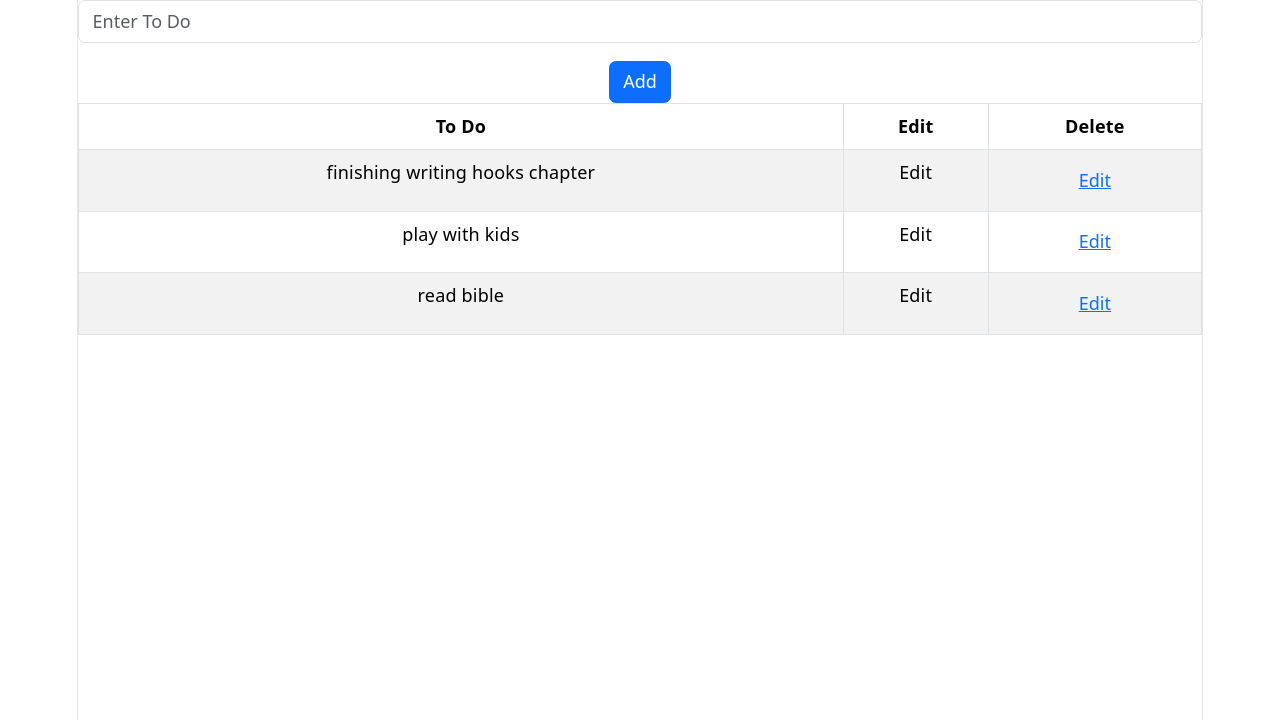
Repository: Sydwell1/ReactCourse
Page: / (app in Chapter9/react-hooks-chapter9-start/)
An editor plug-in stored every save of this project. The page is shown before and after the next save, followed by the edit.
The browser window is 1280 px wide. The pictures show the whole page.
The project was rebuilt for these pictures with package versions that can differ from the ones it lists, and the page was loaded fresh each time. Requests to the local data server were answered from the project's data file. Also part of the build but not shown: Chapter9/react-hooks-chapter9-start/vite.config.js.

Above is the page before, as saved 2026-11-25 09:30:12.

### Chapter9/react-hooks-chapter9-start/index.html
<!doctype html>
<html lang="en">
  <head>
    <meta charset="UTF-8" />
    <link rel="icon" type="image/svg+xml" href="/favicon.svg" />
    <meta name="viewport" content="width=device-width, initial-scale=1.0" />
    <title>react-hooks-chapter9-start</title>
  </head>
  <body>
    <div id="root"></div>
    <script type="module" src="/src/main.jsx"></script>
  </body>
</html>

### Chapter9/react-hooks-chapter9-start/src/index.css
:root {
  --text: #6b6375;
  --text-h: #08060d;
  --bg: #fff;
  --border: #e5e4e7;
  --code-bg: #f4f3ec;
  --accent: #aa3bff;
  --accent-bg: rgba(170, 59, 255, 0.1);
  --accent-border: rgba(170, 59, 255, 0.5);
  --social-bg: rgba(244, 243, 236, 0.5);
  --shadow:
    rgba(0, 0, 0, 0.1) 0 10px 15px -3px, rgba(0, 0, 0, 0.05) 0 4px 6px -2px;

  --sans: system-ui, 'Segoe UI', Roboto, sans-serif;
  --heading: system-ui, 'Segoe UI', Roboto, sans-serif;
  --mono: ui-monospace, Consolas, monospace;

  font: 18px/145% var(--sans);
  letter-spacing: 0.18px;
  color-scheme: light dark;
  color: var(--text);
  background: var(--bg);
  font-synthesis: none;
  text-rendering: optimizeLegibility;
  -webkit-font-smoothing: antialiased;
  -moz-osx-font-smoothing: grayscale;

  @media (max-width: 1024px) {
    font-size: 16px;
  }
}

@media (prefers-color-scheme: dark) {
  :root {
    --text: #9ca3af;
    --text-h: #f3f4f6;
    --bg: #16171d;
    --border: #2e303a;
    --code-bg: #1f2028;
    --accent: #c084fc;
    --accent-bg: rgba(192, 132, 252, 0.15);
    --accent-border: rgba(192, 132, 252, 0.5);
    --social-bg: rgba(47, 48, 58, 0.5);
    --shadow:
      rgba(0, 0, 0, 0.4) 0 10px 15px -3px, rgba(0, 0, 0, 0.25) 0 4px 6px -2px;
  }

  #social .button-icon {
    filter: invert(1) brightness(2);
  }
}

body {
  margin: 0;
}

#root {
  width: 1126px;
  max-width: 100%;
  margin: 0 auto;
  text-align: center;
  border-inline: 1px solid var(--border);
  min-height: 100svh;
  display: flex;
  flex-direction: column;
  box-sizing: border-box;
}

h1,
h2 {
  font-family: var(--heading);
  font-weight: 500;
  color: var(--text-h);
}

h1 {
  font-size: 56px;
  letter-spacing: -1.68px;
  margin: 32px 0;
  @media (max-width: 1024px) {
    font-size: 36px;
    margin: 20px 0;
  }
}
h2 {
  font-size: 24px;
  line-height: 118%;
  letter-spacing: -0.24px;
  margin: 0 0 8px;
  @media (max-width: 1024px) {
    font-size: 20px;
  }
}
p {
  margin: 0;
}

code,
.counter {
  font-family: var(--mono);
  display: inline-flex;
  border-radius: 4px;
  color: var(--text-h);
}

code {
  font-size: 15px;
  line-height: 135%;
  padding: 4px 8px;
  background: var(--code-bg);
}

### Chapter9/react-hooks-chapter9-start/src/App.jsx
import React, { useReducer } from "react";
import ToDoList from "./ToDoList";
import { v4 as uuidv4 } from "uuid";

const todosInitialState = {
  todos: [], // the todos now come from the API
};

export const TodosContext = React.createContext();

function App() {
  const [state, dispatch] = useReducer(todosReducer, todosInitialState);

  return (
    <TodosContext.Provider value={{ state, dispatch }}>
      <ToDoList />
    </TodosContext.Provider>
  );
}

function todosReducer(state, action) {
  switch (action.type) {
    case "get":
      return { ...state, todos: action.payload };
    case "add":
      const newToDo = { id: uuidv4(), text: action.payload };
      // add new todo onto array
      const addedToDos = [...state.todos, newToDo];
      // spread our state and assign todos
      return { ...state, todos: addedToDos };
    case "delete":
      const filteredTodoState = state.todos.filter(
        (todo) => todo.id !== action.payload.id,
      );
      return { ...state, todos: filteredTodoState };
    case "edit":
      const updatedToDo = { ...action.payload };
      const updatedToDoIndex = state.todos.findIndex(
        (t) => t.id === action.payload.id,
      );
      const updatedToDos = [
        ...state.todos.slice(0, updatedToDoIndex),
        updatedToDo,
        ...state.todos.slice(updatedToDoIndex + 1),
      ];
      return { ...state, todos: updatedToDos };
    default:
      return state; // unknown action: leave the state alone
  }
}

export default App;

### Chapter9/react-hooks-chapter9-start/src/ToDoList.jsx
import { useContext, useState, useEffect } from "react";
import { TodosContext } from "./App";
import { Table, Form, Button } from "react-bootstrap";
import useAPI from "./useAPI";
import axios from "axios";
import { v4 as uuidv4 } from "uuid";

function ToDoList() {
  // receive state and dispatch from App.jsx
  const { state, dispatch } = useContext(TodosContext);
  const [todoText, setTodoText] = useState("");
  const [editMode, setEditMode] = useState(false);
  const [editTodo, setEditTodo] = useState(null);
  const buttonTitle = editMode ? "Edit" : "Add";

  const endpoint = "http://localhost:3000/todos/";
  const savedTodos = useAPI(endpoint);

  useEffect(() => {
    dispatch({ type: "get", payload: savedTodos });
  }, [savedTodos]); // dispatch whenever savedTodos changes

  const handleSubmit = async (event) => {
    event.preventDefault();
    if (editMode) {
      await axios.patch(endpoint + editTodo.id, { text: todoText });
      dispatch({ type: "edit", payload: { ...editTodo, text: todoText } });
      setEditMode(false);
      setEditTodo(null);
    } else {
      const newToDo = { id: uuidv4(), text: todoText };
      await axios.post(endpoint, newToDo);
      dispatch({ type: "add", payload: newToDo });
    }
    setTodoText(""); // clear the field
  };

  return (
    <div>
      <Form onSubmit={handleSubmit}>
        <Form.Group className="mb-3" controlId="formBasicEmail">
          <Form.Control
            type="text"
            placeholder="Enter To Do"
            onChange={(event) => setTodoText(event.target.value)}
            value={todoText}
          />
        </Form.Group>
        <Button variant="primary" type="submit">
          {buttonTitle}
        </Button>
      </Form>
      <Table striped bordered hover>
        <thead>
          <tr>
            <th>To Do</th>
            <th>Edit</th>
            <th>Delete</th>
          </tr>
        </thead>
        <tbody>
          {state.todos.map((todo) => (
            <tr key={todo.id}>
              <td>{todo.text}</td>
              <td
                onClick={() => {
                  setTodoText(todo.text);
                  setEditMode(true);
                  setEditTodo(todo);
                }}
              >
                Edit
              </td>
              <td
                onClick={async () => {
                  await axios.delete(endpoint + todo.id);
                  dispatch({ type: "delete", payload: todo });
                }}
              >
                <Button variant="link">Edit</Button>
              </td>
            </tr>
          ))}
        </tbody>
      </Table>
    </div>
  );
}

export default ToDoList;

### Chapter9/react-hooks-chapter9-start/src/useAPI.jsx
import { useState, useEffect } from "react";
import axios from "axios";

const useAPI = (endpoint) => {
  const [data, setData] = useState([]); // initial state: empty array

  // call the API when the component is mounted
  useEffect(() => {
    getData();
  }, []);

  const getData = async () => {
    const response = await axios.get(endpoint);
    setData(response.data);
  };

  return data;
};

export default useAPI;

### Chapter11/react-hooks-chapter11-start/todos.json
{
  "todos": [
    { "id": 1, "text": "finishing writing hooks chapter" },
    { "id": 2, "text": "play with kids" },
    { "id": 3, "text": "read bible" }
  ]
}

Loaded but not shown: Chapter9/react-hooks-chapter9-start/src/main.jsx (common file)

After the next save:
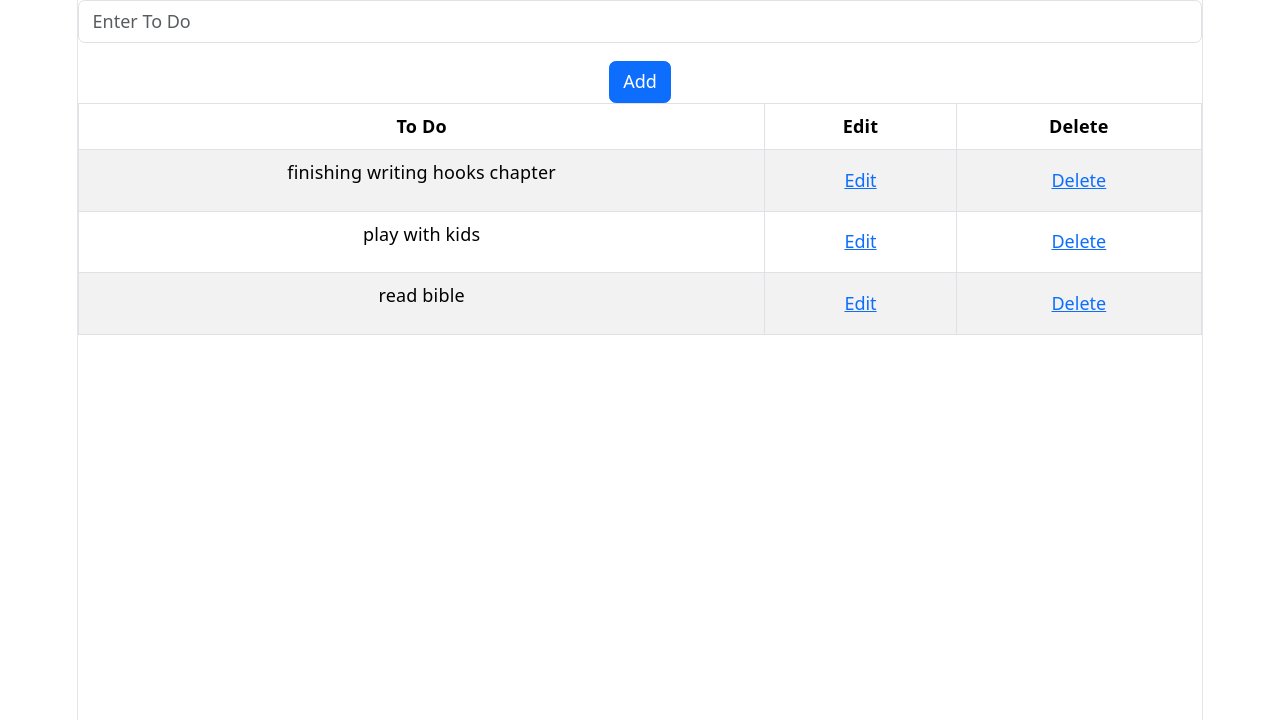
Saved 20 s later.
--- a/Chapter9/react-hooks-chapter9-start/src/ToDoList.jsx
+++ b/Chapter9/react-hooks-chapter9-start/src/ToDoList.jsx
@@ -69,7 +69,7 @@ function ToDoList() {
                   setEditTodo(todo);
                 }}
               >
-                Edit
+                <Button variant="link">Edit</Button>
               </td>
               <td
                 onClick={async () => {
@@ -77,7 +77,7 @@ function ToDoList() {
                   dispatch({ type: "delete", payload: todo });
                 }}
               >
-                <Button variant="link">Edit</Button>
+                <Button variant="link">Delete</Button>
               </td>
             </tr>
           ))}
